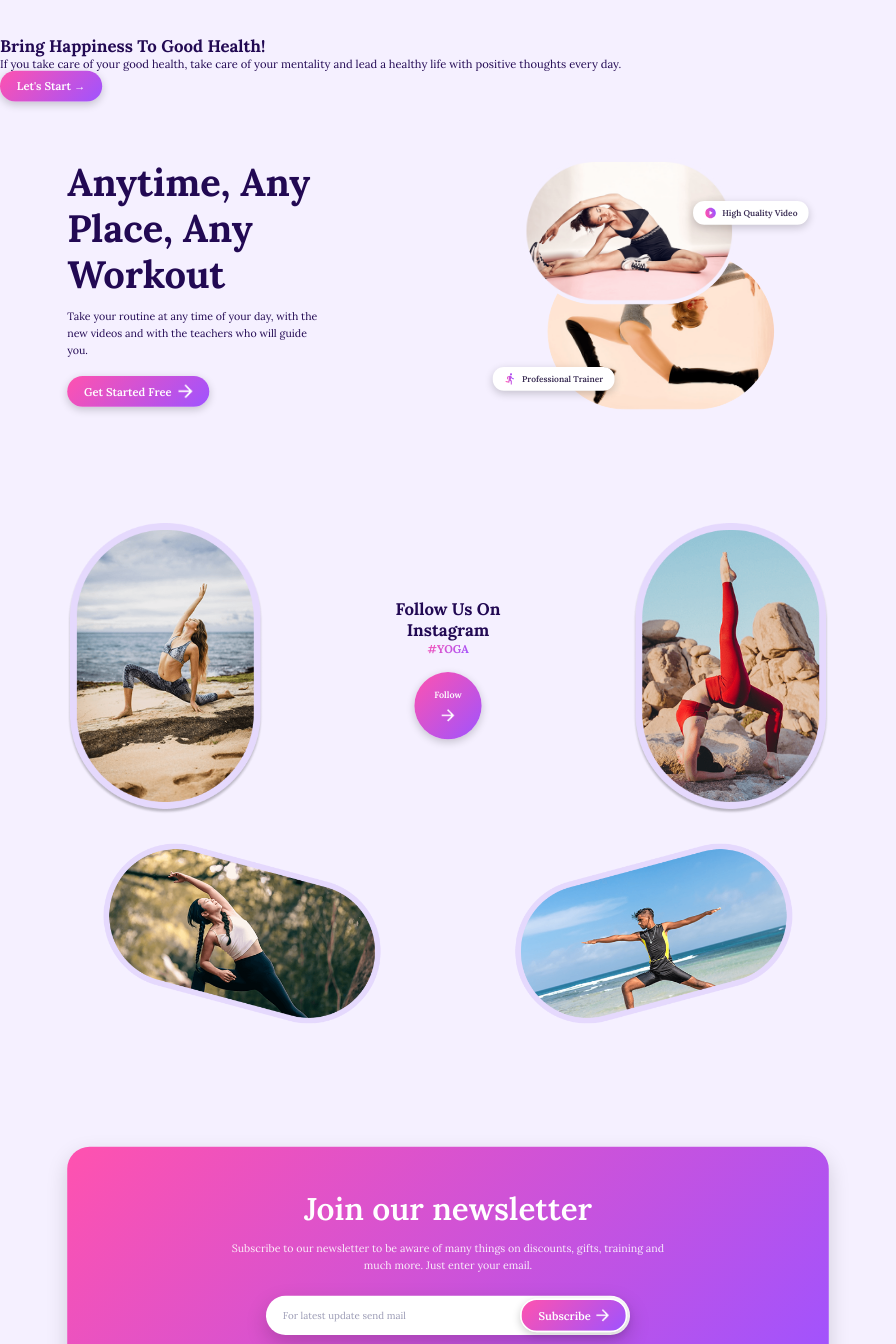
Repository: EunsuhJeon/responsive-yoga-website
Page: index.html
These files come from the project's save history. The page is drawn as it stood at one moment and after the next save; the edit follows.
The browser window is 1280 px wide. The pictures show the part of the page from y = 1023 to 2943 px (the page is 3412 px tall), at 70% of full size.

Above is the page before, as saved 2025-11-27 00:25:24.

After the next save:
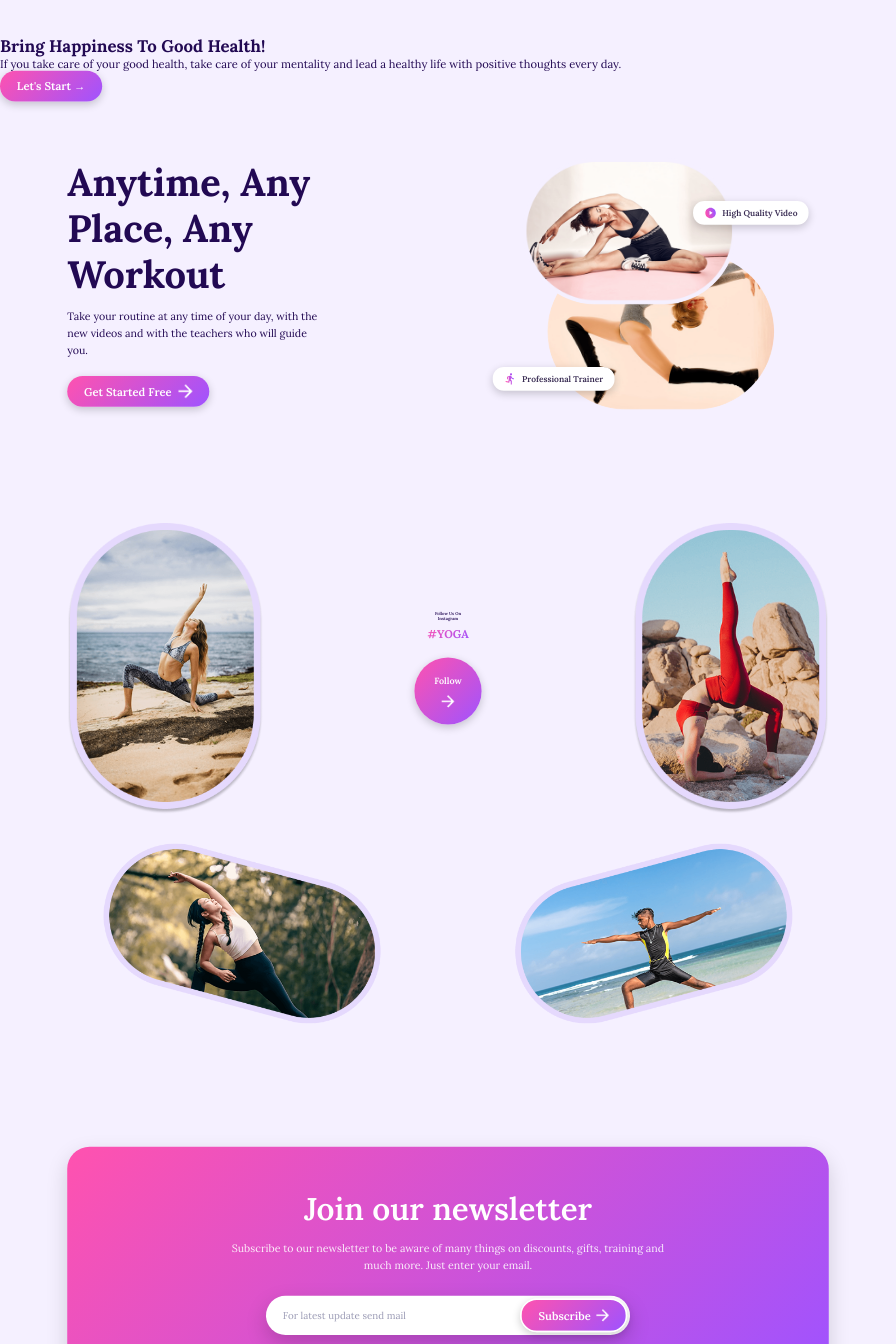
Saved 70 s later.
--- a/main.css
+++ b/main.css
@@ -621,11 +621,13 @@ header a{
   text-align: center;
 }
 
-/*.seccion-5-title {
-  font-size: clamp(2rem, 2.4vw + 1rem, 2.6rem);
-  line-height: 1.3;
+.seccion-5-title {
+  font-size: 6px;/*clamp(2rem, 2.4vw + 1rem, 2.6rem)*/
+  line-height: 1.1;
+  font-weight: 600;
+  font-family: "Lora", serif;
   margin-bottom: 8px;
-}*/
+}
 
 .seccion-5-hashtag {
   font-size: 1rem;
